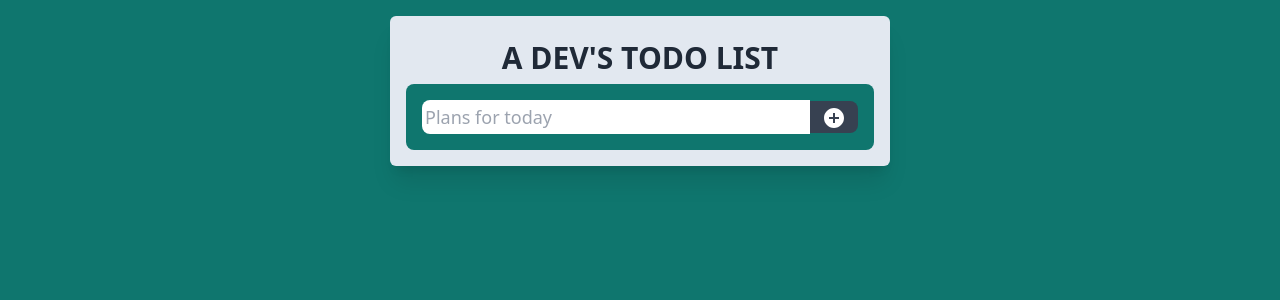
Repository: DevAntonioRogers/React-Todo-CRUD-App
Page: /
These files come from the project's save history. The page is drawn as it stood at one moment and after the next save; the edit follows.
The browser window is 1280 px wide. The pictures show the whole page.
The project was rebuilt for these pictures with package versions that can differ from the ones it lists, and the page was loaded fresh each time. Also part of the build but not shown: vite.config.ts.

Above is the page before, as saved 2023-05-14 02:01:00.

After the next save:
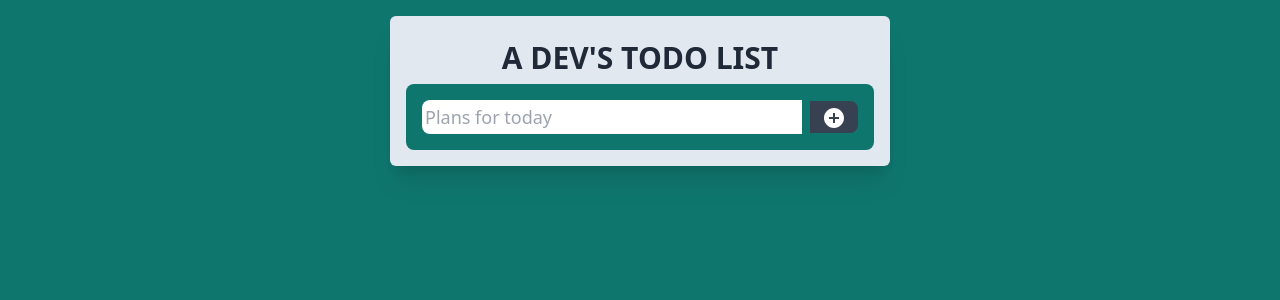
Saved 27 s later.
--- a/src/components/Form.tsx
+++ b/src/components/Form.tsx
@@ -4,7 +4,7 @@ const Form = () => {
   return (
     <form className="flex justify-between bg-teal-700 p-4 rounded-lg items-center">
       <input className="w-full text-lg rounded-tl-lg rounded-bl-lg p-[3px]" type="text" placeholder="Plans for today" />
-      <button className="p-[3px] bg-gray-700 px-3 rounded-tr-lg rounded-br-lg text-white">
+      <button className="p-[3px] ml-2 bg-gray-700 px-3 rounded-tr-lg rounded-br-lg text-white">
         <AddCircleIcon />
       </button>
     </form>
